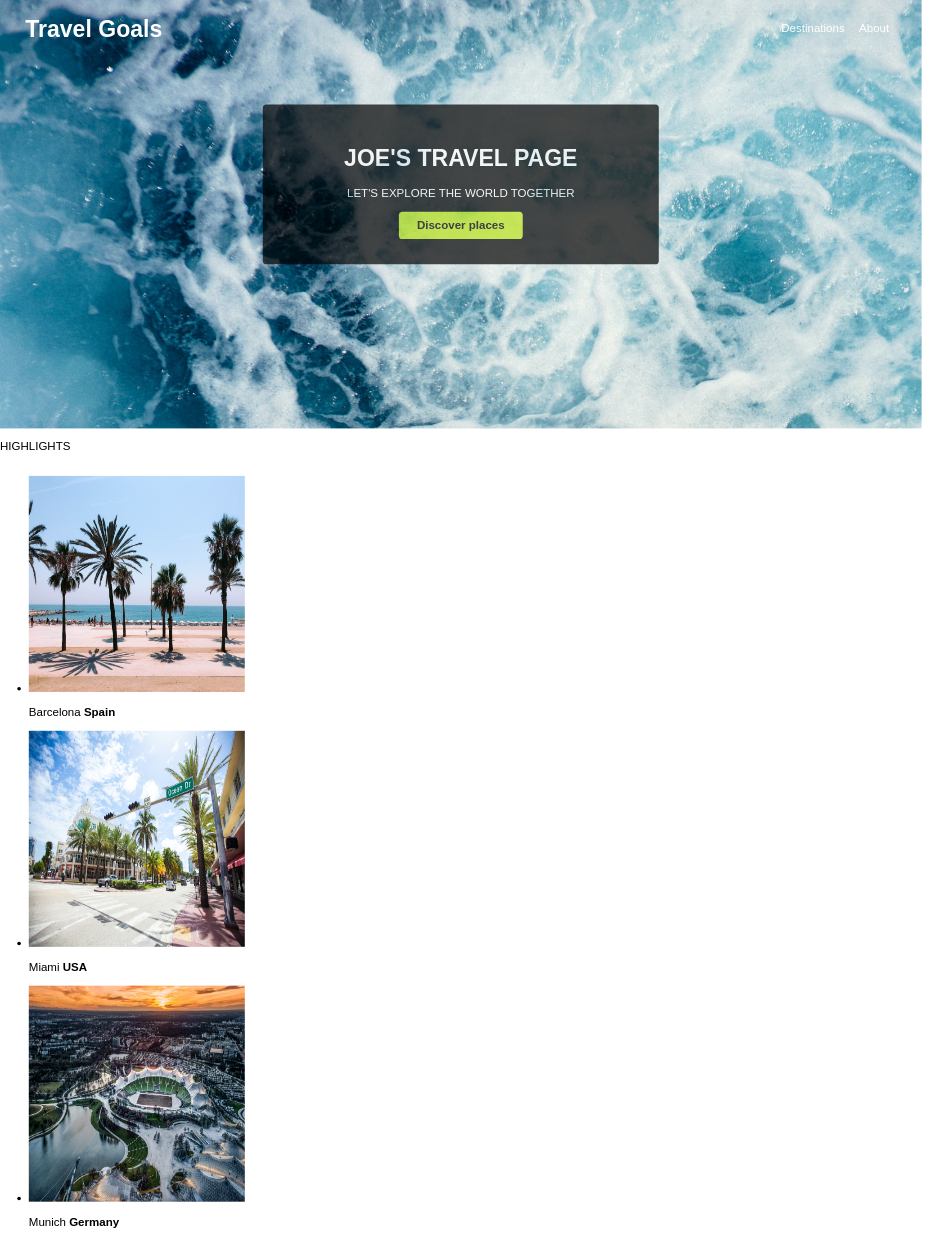
Repository: Harjot00/Wevdev
Page: Travel/index.html
These files come from the project's save history. The page is drawn as it stood at one moment and after the next save; the edit follows.
The browser window is 1280 px wide. The page is 1280 px wide, then 1320 px, so the pictures cover 1320 px, including what lies to the right of the window. The pictures show the whole page, at 72% of full size.

Above is the page before, as saved 2022-05-08 01:07:40.

### Travel/index.html
<!DOCTYPE html>
<html lang="en">
<head>
    <meta charset="UTF-8">
    <meta http-equiv="X-UA-Compatible" content="IE=edge">
    <meta name="viewport" content="width=device-width, initial-scale=1.0">
    <title>Travel Goals</title>
    <link rel="stylesheet" href="style.css">

</head>
<body>
    <header>
        <nav>
            <a href="index.html">Travel Goals</a>
            <ul>
                <li><a href="#"> Destinations</a></li>
                <li><a href="#">About</a></li>
            </ul>
        </nav>
    </header>
    <main>
        <div id="background">
            <div id="centercontent">
                <h1>JOE'S TRAVEL PAGE</h1>
                <p>LET'S EXPLORE THE WORLD TOGETHER</p>
                <a href="#"> Discover places</a>
            </div>
        </div>
        <p>HIGHLIGHTS</p>
        <section>
            <ul>
                <li class="imgstyle">
                    <img src="resources/barcelona.jpg" alt="Barcelona">
                    <p>Barcelona <strong>Spain</strong></p>
                </li>
                <li class="imgstyle">
                    <img src="resources/miami.jpg" alt="Miami beach">
                    <p>Miami <strong>USA</strong></p>
                </li>
                <li class="imgstyle">
                    <img src="resources/munich.jpg" alt="Munich">
                    <p>Munich <strong>Germany</strong> </p>
                </li>
            </ul>
        </section>
    </main>
    <footer></footer>
</body>
</html>

### Travel/style.css
body{
    font-family:"Quicksand",sans-serif;
    margin: 0;

}
nav{
    margin:15px 35px 25px 35px;
    display:flex;
    align-items: center;
    flex-wrap: wrap;
    flex-direction: row;
    justify-content: space-between;
}

nav ul {
    list-style: none;
    display:flex;
    justify-content: space-between;
}
nav >a{

    text-decoration: none;
    font-size:32px;
    font-weight: bold;
    color:white;



}
li a{
    margin:0px 10px 0px 10px;
    text-decoration: none;
    color:white;
}
#background{
    background-image:url(background.jpg);
    height: 600px;
    margin-top:-220px;
    width: 100%;

}
#centercontent{
    padding:35px 25px 35px 25px;
    text-align: center;
    margin:150px auto 250px;
    background-color:black ;
    opacity:0.7;
    color:white;
    width:500px;
    border-radius:5px;
    position:relative;
    top:150px;
}
div > a{
    background-color:rgb(188, 228, 28);
    text-decoration: none;
    padding:10px 25px 10px 25px;
    display:inline-block;
    color:black;
    font-weight:bold;
    border-radius:5px;

}
section{

    display:flex;
    width:100%;

}
ul li img{
    height:300px;
    width:300px;
}

After the next save:
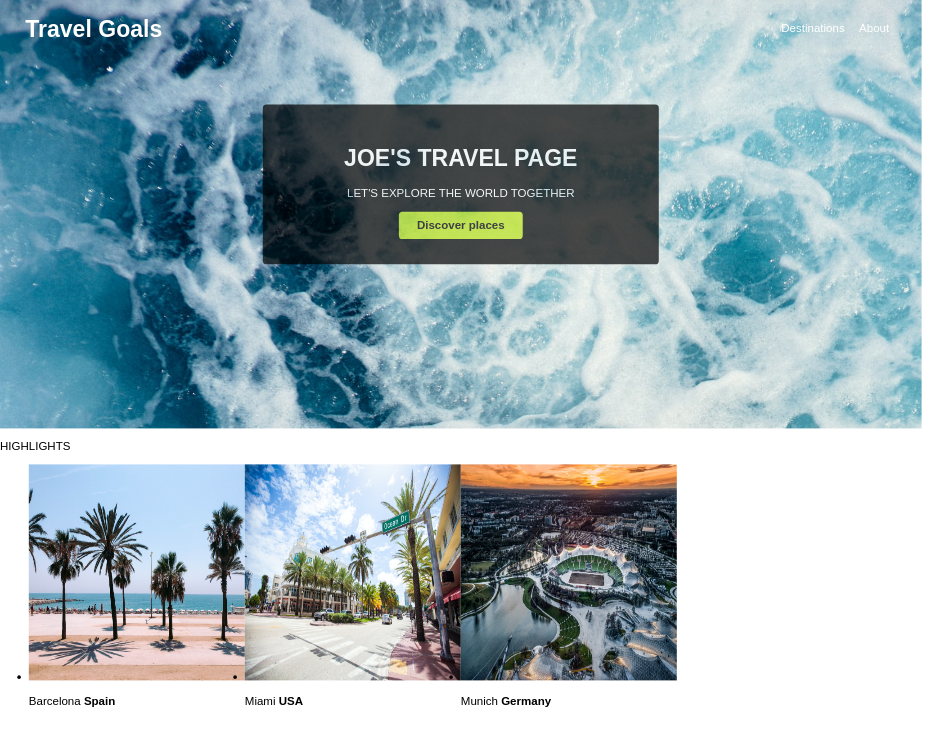
Saved 20 s later.
--- a/Travel/style.css
+++ b/Travel/style.css
@@ -61,7 +61,7 @@ div > a{
     border-radius:5px;
 
 }
-section{
+section ul{
 
     display:flex;
     width:100%;
